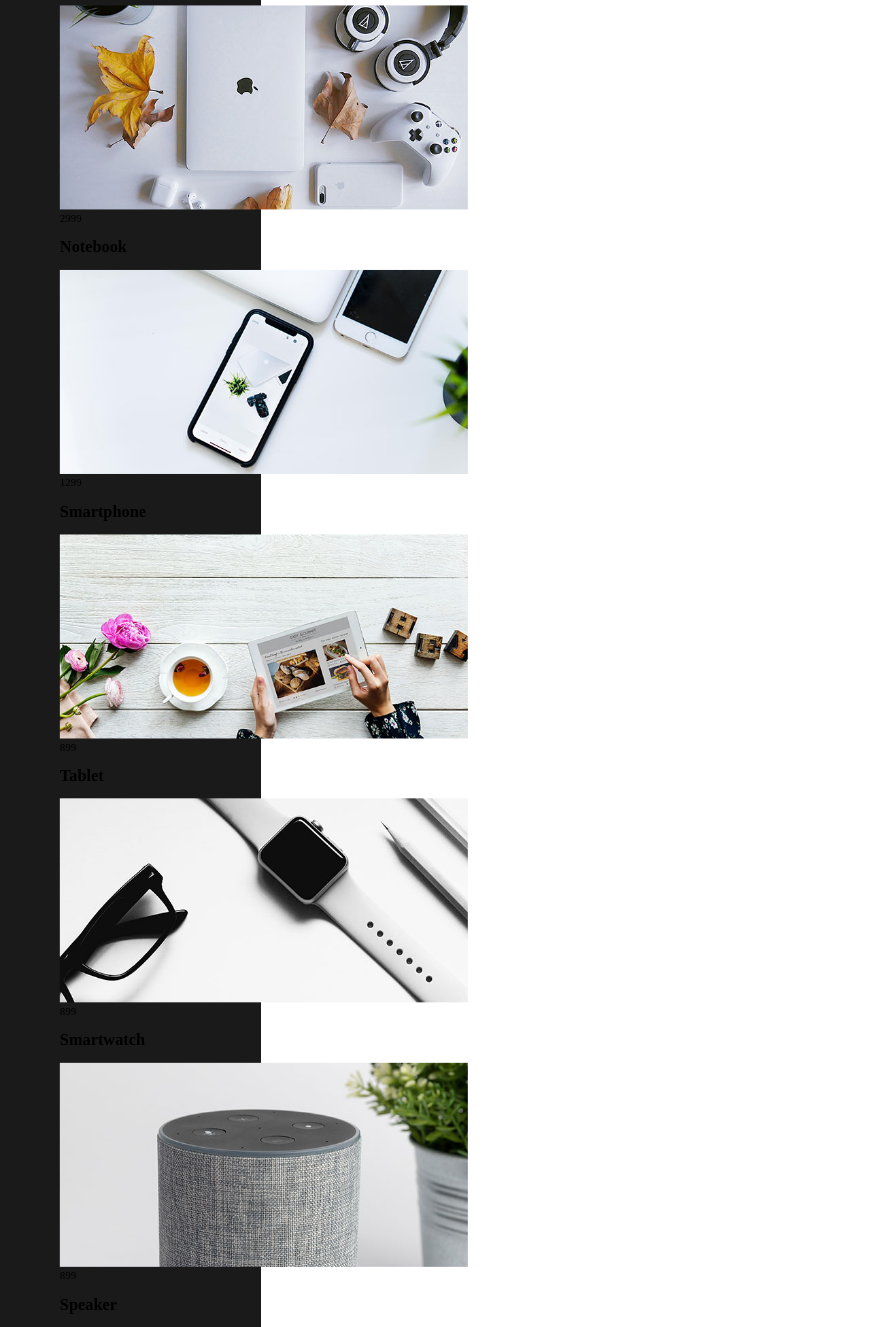
Repository: tomvieir/techno
Page: index.html
An editor plug-in stored every save of this project. The page is shown before and after the next save, followed by the edit.
The browser window is 1280 px wide. The pictures show the whole page, at 68% of full size.

Above is the page before, as saved 2022-06-23 15:25:16.

After the next save:
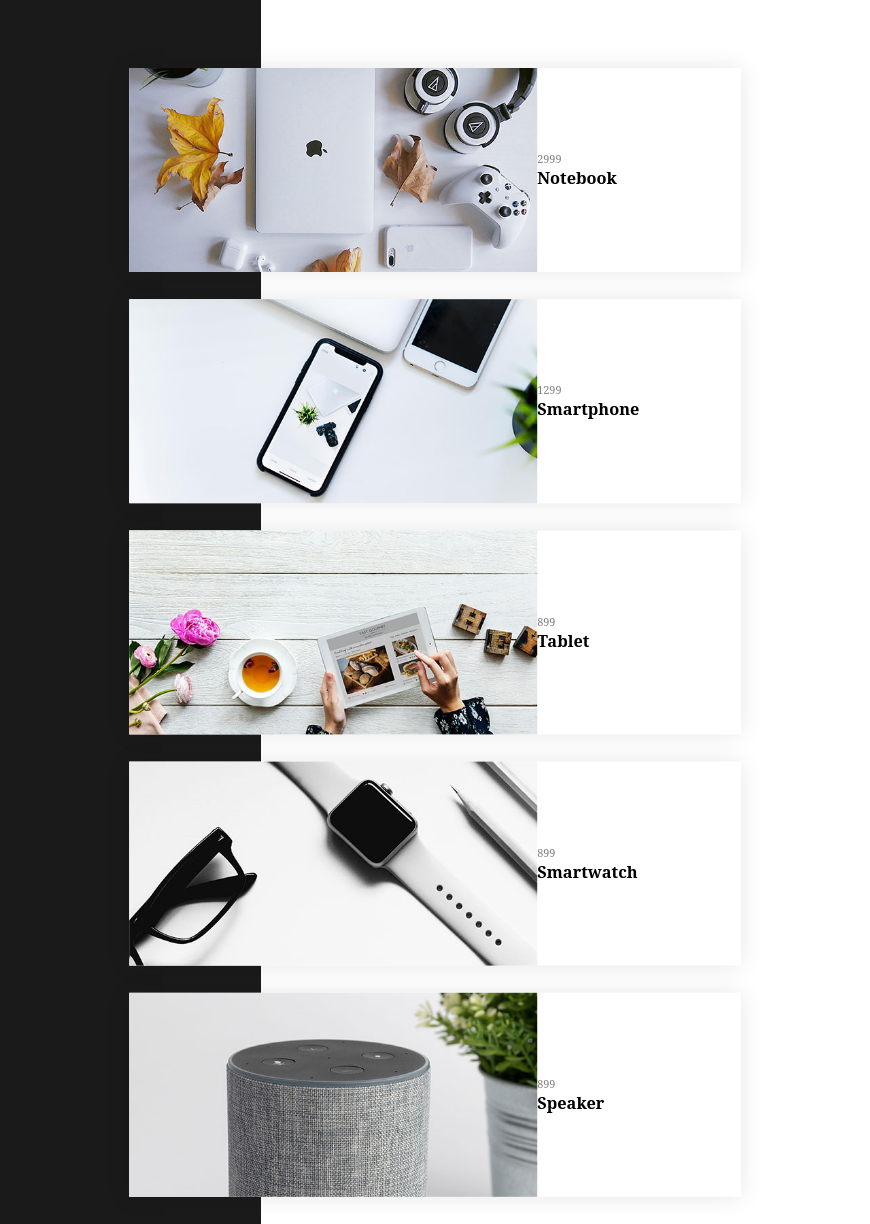
Saved 109 s later.
--- a/style.css
+++ b/style.css
@@ -1,20 +1,50 @@
-body. h1, h2. ul. li {
+body, h1, h2, ul, li {
     padding: 0px;
     margin: 0px;
-}
+  }
 
-ul {
+  ul {
     list-style: none;
-}
+  }
 
-* {
+  * {
     box-sizing: border-box;
-}
+  }
 
-body {
+  body {
     background: linear-gradient(to right, #1a1a1a 30%, #ffffff 30%);
-}
+    font-family: "Noto Serif";
+  }
 
-#app {
+  #app {
     padding: 0 80px;
-}
+  }
+
+  /* LISTA PRODUTOS */
+
+  .produtos {
+    max-width: 900px;
+    margin: 100px auto 0 auto;
+  }
+
+  .produto {
+    display: flex;
+    align-items: center;
+    margin-bottom: 40px;
+    background: #ffffff;
+    box-shadow: 0 0 2rem rgba(0,0,0,.1);
+  }
+
+  .produto_img {
+    max-width: 300px;
+    margin-right: 40px;
+  }
+
+  .produto_titulo {
+    font-size: 3rem;
+    line-height: 1;
+  }
+
+  .produto_preco {
+    color: rgba(0,0,0,.5);
+  }
